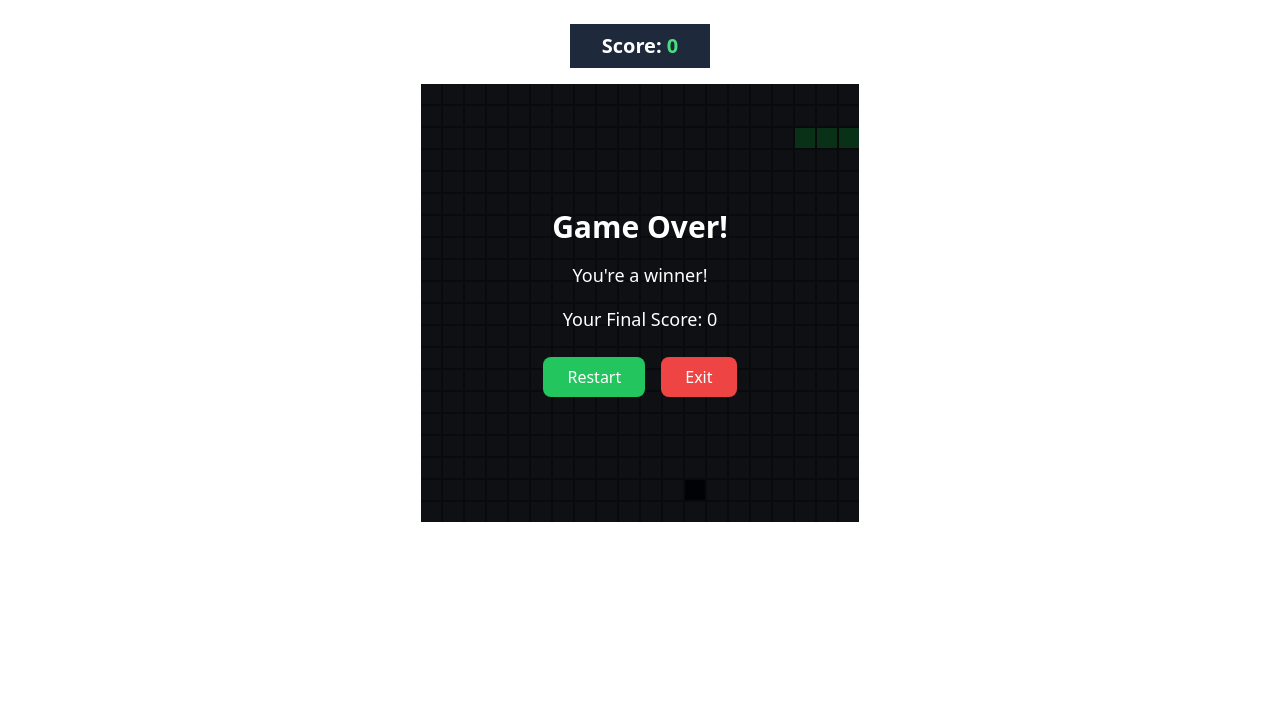
Repository: Shruti0534/snake
Page: /
An editor plug-in stored every save of this project. The page is shown before and after the next save, followed by the edit.
The browser window is 1280 px wide. The pictures show the whole page.
The project was rebuilt for these pictures with package versions that can differ from the ones it lists, and the page was loaded fresh each time. The framework's server and built-in components were replaced by stand-ins that run in the browser. Also part of the build but not shown: next.config.mjs.

Above is the page before, as saved 2024-12-24 10:11:26.

### app/page.js
'use client'
import React, { useState, useEffect } from "react";
import GameBoard from "../components/GameBoard";
import ScoreBoard from "../components/ScoreBoard";

export default function Home() {
  const [score, setScore] = useState(0);

  return (

  <div className="flex flex-col items-center justify-center min-h-screen bg-gray-900 text-white px-4 sm:px-8 md:px-16">
    <h1 className="text-4xl  text-black sm:text-5xl md:text-6xl font-bold mb-8 bg-slate-100">Snake Game</h1>
    <ScoreBoard score={score} />
    <GameBoard score={score} setScore={setScore} />
  </div>


  );
}

### components/GameBoard.js
import React, { useState, useEffect } from "react";
import ComplimentModal from "./ComplimentModal"; // Import ComplimentModal

const GameBoard = ({ score, setScore }) => {
  const boardSize = 20;
  const initialSnake = [42, 41, 40];
  const [snake, setSnake] = useState(initialSnake);
  const [direction, setDirection] = useState("RIGHT");
  const [food, setFood] = useState(generateFood());
  const [isGameOver, setIsGameOver] = useState(false);

  function generateFood() {
    return Math.floor(Math.random() * boardSize * boardSize);
  }

  const moveSnake = () => {
    const newSnake = [...snake];
    const head = newSnake[0];
    let newHead;

    if (direction === "RIGHT") newHead = head + 1;
    if (direction === "LEFT") newHead = head - 1;
    if (direction === "UP") newHead = head - boardSize;
    if (direction === "DOWN") newHead = head + boardSize;

    // Collision checks
    if (
      newHead < 0 || // Out of bounds (top)
      newHead >= boardSize * boardSize || // Out of bounds (bottom)
      (direction === "RIGHT" && head % boardSize === boardSize - 1) || // Wall collision (right)
      (direction === "LEFT" && head % boardSize === 0) || // Wall collision (left)
      snake.includes(newHead) // Collision with self
    ) {
      setIsGameOver(true);
      return;
    }

    newSnake.unshift(newHead);
    if (newHead === food) {
      setScore(score + 1);
      setFood(generateFood());
    } else {
      newSnake.pop();
    }
    setSnake(newSnake);
  };

  const handleKeyPress = (e) => {
    if (e.key === "ArrowRight" && direction !== "LEFT") setDirection("RIGHT");
    if (e.key === "ArrowLeft" && direction !== "RIGHT") setDirection("LEFT");
    if (e.key === "ArrowUp" && direction !== "DOWN") setDirection("UP");
    if (e.key === "ArrowDown" && direction !== "UP") setDirection("DOWN");
  };

  useEffect(() => {
    if (isGameOver) return;
    const interval = setInterval(moveSnake, 200);
    return () => clearInterval(interval);
  }, [snake, direction, isGameOver]);

  useEffect(() => {
    window.addEventListener("keydown", handleKeyPress);
    return () => window.removeEventListener("keydown", handleKeyPress);
  }, [direction]);

  return (
    <div className="relative">
      {isGameOver && (
        <ComplimentModal
          score={score}
          onRestart={() => {
            setSnake(initialSnake);
            setDirection("RIGHT");
            setFood(generateFood());
            setScore(0);
            setIsGameOver(false);
          }}
          onExit={() => setIsGameOver(false)} // Example exit function, you can adjust it as needed
        />
      )}

      <div
        className="grid gap-0.5 bg-gray-800"
        style={{
          gridTemplateColumns: `repeat(${boardSize}, minmax(20px, 1fr))`,
          gridTemplateRows: `repeat(${boardSize}, minmax(20px, 1fr))`,
        }}
      >
        {Array.from({ length: boardSize * boardSize }).map((_, index) => (
          <div
            key={index}
            className={`w-full h-full ${
              snake.includes(index)
                ? "bg-green-500"
                : index === food
                ? "bg-gray-950"
                : "bg-gray-700"
            }`}
          ></div>
        ))}
      </div>
    </div>
  );
};

export default GameBoard;

### components/ScoreBoard.js
import React from "react";

const ScoreBoard = ({ score }) => {
  return (
    <div className="bg-slate-800 px-4 sm:px-6 md:px-8 py-2 text-lg sm:text-xl font-semibold mb-4">
      <span>Score: </span>
      <span className="text-green-400">{score}</span>
    </div>
  );
};

export default ScoreBoard;

### components/ComplimentModal.js
// components/ComplimentModal.js
import React from "react";

const compliments = [
  "You're unstoppable!",
  "What a legend!",
  "Amazing effort!",
  "Fantastic skills!",
  "Snake pro!",
  "You're a winner!",
  "Keep slithering!",
];

const ComplimentModal = ({ score, onRestart, onExit }) => {
  // Get a random compliment from the list
  const randomCompliment = compliments[Math.floor(Math.random() * compliments.length)];

  return (
    <div className="absolute inset-0 bg-black bg-opacity-75 flex flex-col items-center justify-center text-white">
      <h2 className="text-3xl font-bold mb-4">Game Over!</h2>
      <p className="mb-4 text-lg">{randomCompliment}</p>
      <p className="mb-6 text-lg">Your Final Score: {score}</p>
      <div className="flex space-x-4">
        <button
          className="px-6 py-2 bg-green-500 rounded-lg hover:bg-green-600 transition"
          onClick={onRestart}
        >
          Restart
        </button>
        <button
          className="px-6 py-2 bg-red-500 rounded-lg hover:bg-red-600 transition"
          onClick={onExit}
        >
          Exit
        </button>
      </div>
    </div>
  );
};

export default ComplimentModal;

### tailwind.config.mjs
/** @type {import('tailwindcss').Config} */
export default {
  content: ["./pages/**/*.{js,ts,jsx,tsx}", "./components/**/*.{js,ts,jsx,tsx}"],
  theme: {
    extend: {},
  },
  plugins: [],
};

Loaded but not shown: app/layout.js (common file); app/globals.css (common file)

After the next save:
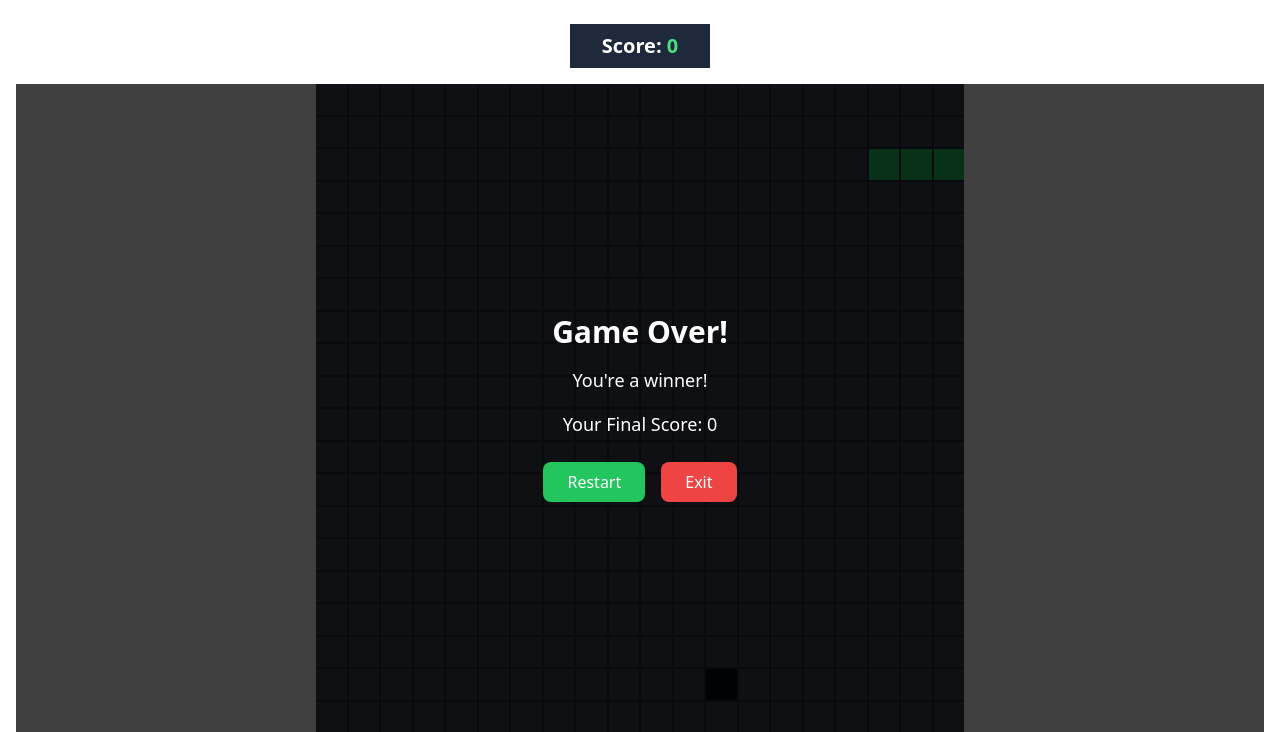
Saved 31 h 22 min later.
--- a/components/GameBoard.js
+++ b/components/GameBoard.js
@@ -64,7 +64,7 @@ const GameBoard = ({ score, setScore }) => {
   }, [direction]);
 
   return (
-    <div className="relative">
+    <div className="relative w-full h-full flex justify-center items-center">
       {isGameOver && (
         <ComplimentModal
           score={score}
@@ -82,8 +82,10 @@ const GameBoard = ({ score, setScore }) => {
       <div
         className="grid gap-0.5 bg-gray-800"
         style={{
-          gridTemplateColumns: `repeat(${boardSize}, minmax(20px, 1fr))`,
-          gridTemplateRows: `repeat(${boardSize}, minmax(20px, 1fr))`,
+          gridTemplateColumns: `repeat(${boardSize}, minmax(15px, 1fr))`,
+          gridTemplateRows: `repeat(${boardSize}, minmax(15px, 1fr))`,
+          width: "90vmin",
+          height: "90vmin",
         }}
       >
         {Array.from({ length: boardSize * boardSize }).map((_, index) => (
